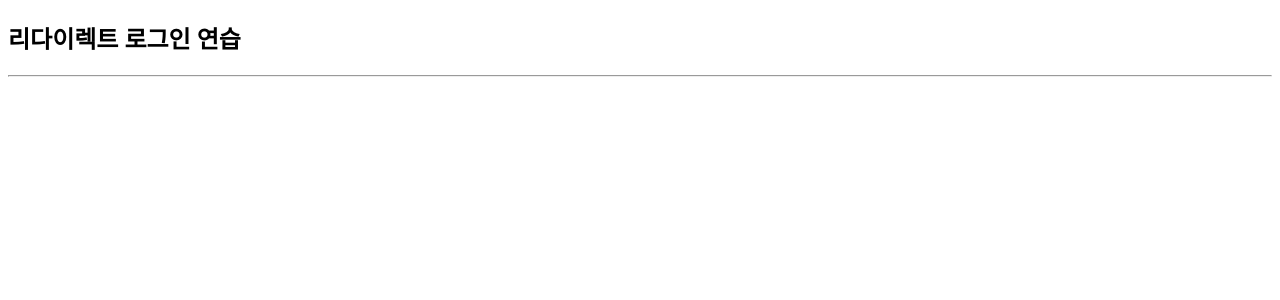
Repository: bbseok97/HTML
Page: http://localhost/jspbasic/response/login.jsp
An editor plug-in stored every save of this project. The page is shown before and after the next save, followed by the edit.
The browser window is 1280 px wide. The pictures show the whole page.
The page is served by Tomcat 9. Other server files are loaded and not shown.

Above is the page before, as saved 2024-04-08 02:07:01.

### jspbasic/src/main/webapp/response/login.jsp
<%@ page language="java" contentType="text/html; charset=UTF-8"
    pageEncoding="UTF-8"%>
<!DOCTYPE html>
<html>
	<head>
		<meta charset="UTF-8">
		<title>login.jsp</title>
	</head>
	<body>
		<h2>리다이렉트 로그인 연습</h2>
		<hr>
		<form action="res_login_ok.jsp" method="post">

		</form>
	</body>
</html>

After the next save:
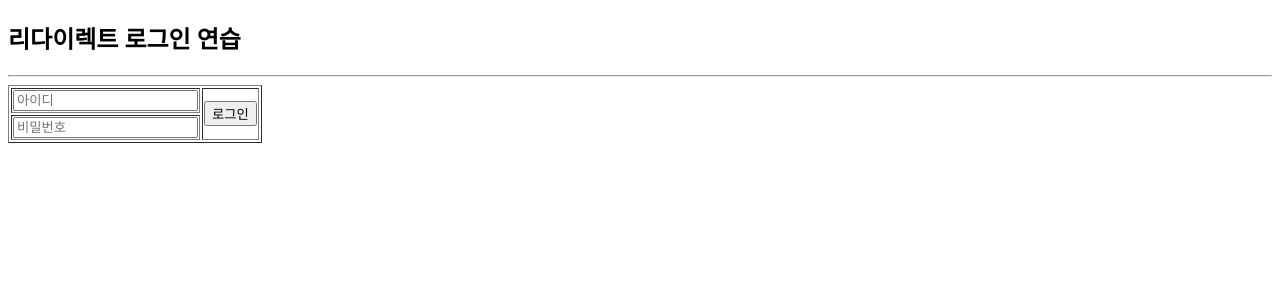
Saved 4 min 28 s later.
--- a/jspbasic/src/main/webapp/response/login.jsp
+++ b/jspbasic/src/main/webapp/response/login.jsp
@@ -7,10 +7,20 @@
 		<title>login.jsp</title>
 	</head>
 	<body>
+		<div>
 		<h2>리다이렉트 로그인 연습</h2>
 		<hr>
 		<form action="res_login_ok.jsp" method="post">
-
+			<table border="1">
+				<tr>
+					<td><input type="text" name="id" placeholder="아이디"></td>
+					<td rowspan="2"><input type="submit" value="로그인" class="btn"></td>
+				</tr>
+				<tr>
+					<td><input type="password" name="pw" placeholder="비밀번호"></td>
+				</tr>
+			</table>
 		</form>
+		</div>
 	</body>
 </html>
